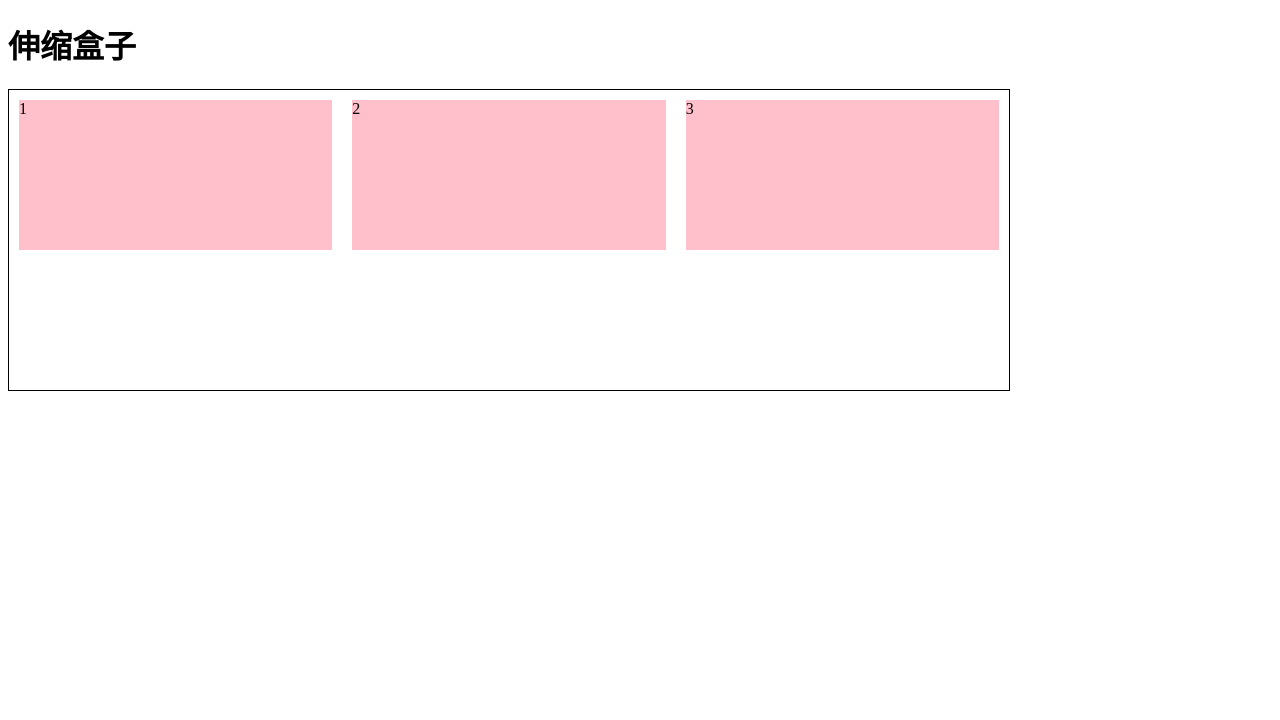
Repository: liuxi0811/web-demo
Page: 伸缩布局.html
An editor plug-in stored every save of this project. The page is shown before and after the next save, followed by the edit.
The browser window is 1280 px wide. The pictures show the whole page.

Above is the page before, as saved 2020-12-03 18:05:06.

### 伸缩布局.html
<!DOCTYPE html>
<html lang="en">
<head>
    <meta charset="UTF-8">
    <meta name="viewport" content="width=device-width, initial-scale=1.0">
    <title>Document</title>
    <style>

        div{
            width: 1000px;
            height: 300px;
            border: 1px solid;
        }

        li{
            width: 150px;
            height: 150px;
            background: pink;
            margin: 10px;
            /* display: flex; */
            flex: 1;
        }

        ul{
            list-style: none;
            display: flex;
            margin: 0px;
            padding: 0px;

        }

    </style>
</head>
<body>
   <h1>伸缩盒子</h1>
    <div>
        <ul>
            <li>1</li>
            <li>2</li>
            <li>3</li>
    </div>
</body>
</html>

After the next save:
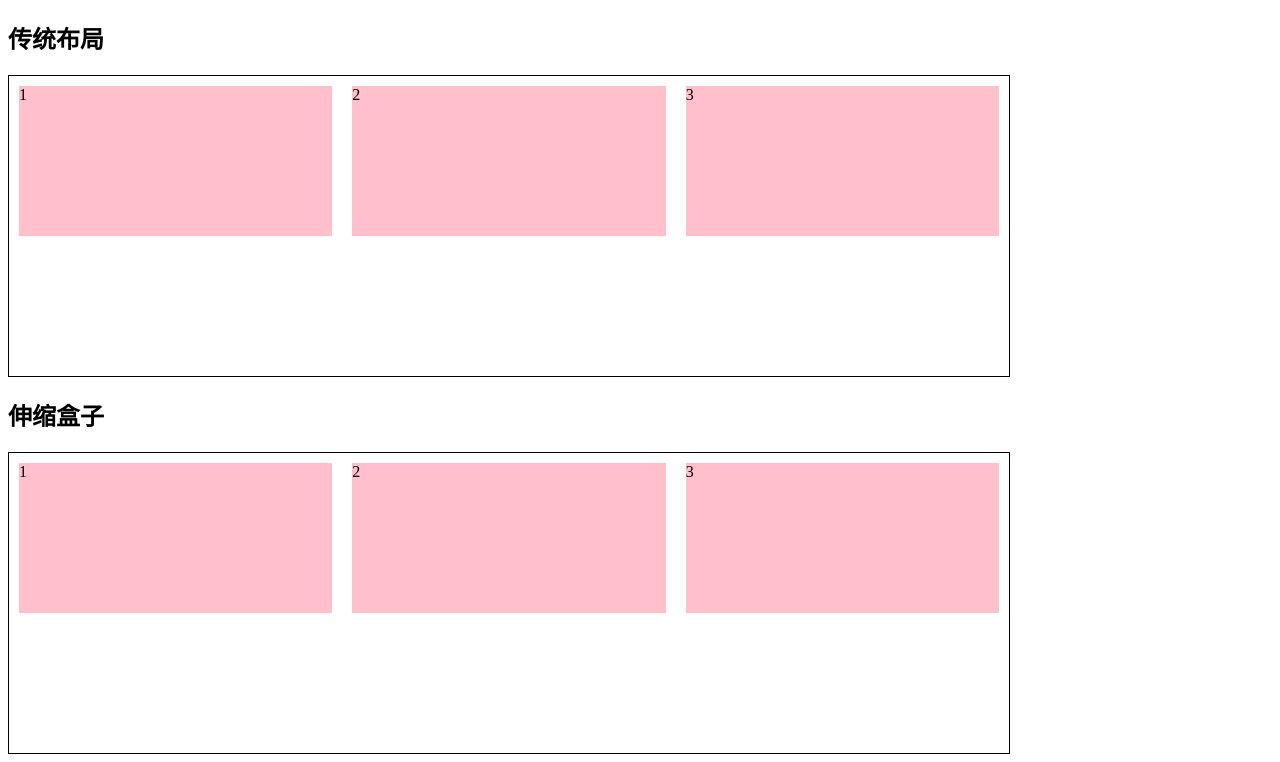
Saved 118 s later.
--- a/伸缩布局.html
+++ b/伸缩布局.html
@@ -1,18 +1,18 @@
 <!DOCTYPE html>
 <html lang="en">
+
 <head>
     <meta charset="UTF-8">
     <meta name="viewport" content="width=device-width, initial-scale=1.0">
     <title>Document</title>
     <style>
-
-        div{
+        div {
             width: 1000px;
             height: 300px;
             border: 1px solid;
         }
 
-        li{
+        li {
             width: 150px;
             height: 150px;
             background: pink;
@@ -21,23 +21,35 @@
             flex: 1;
         }
 
-        ul{
+        ul {
             list-style: none;
             display: flex;
             margin: 0px;
             padding: 0px;
 
         }
-
     </style>
 </head>
+
 <body>
-   <h1>伸缩盒子</h1>
-    <div>
-        <ul>
-            <li>1</li>
-            <li>2</li>
-            <li>3</li>
-    </div>
+    <section>
+        <h1>传统布局</h1>
+        <div>
+            <ul>
+                <li>1</li>
+                <li>2</li>
+                <li>3</li>
+        </div>
+    </section>
+    <section>
+        <h1>伸缩盒子</h1>
+        <div>
+            <ul>
+                <li>1</li>
+                <li>2</li>
+                <li>3</li>
+        </div>
+    </section>
 </body>
+
 </html>
